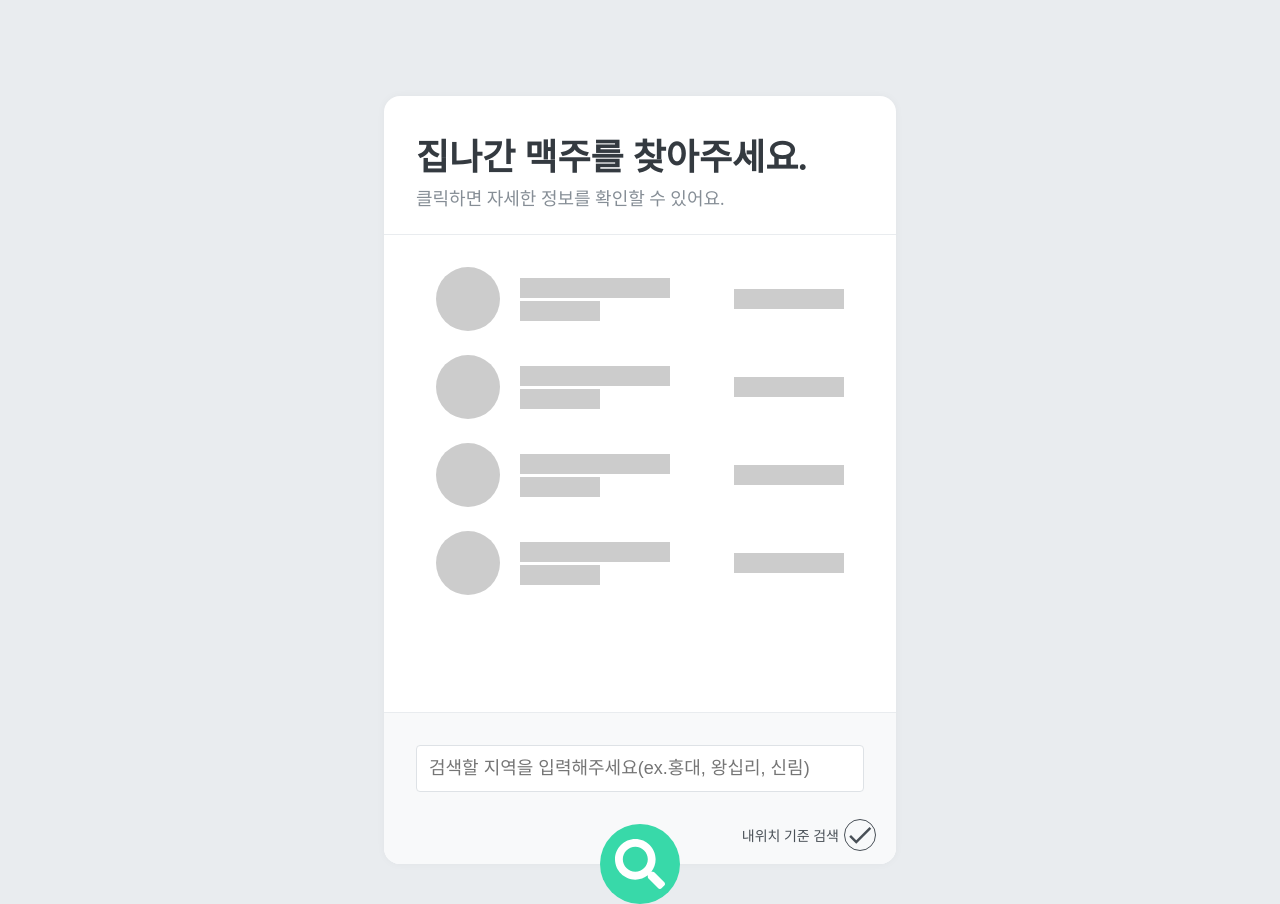
Repository: THE-SOPT-WEB/kimNamjun
Page: / (app in week4/bring-my-beer/)
An editor plug-in stored every save of this project. The page is shown before and after the next save, followed by the edit.
The browser window is 1280 px wide. The pictures show the whole page.
The project was rebuilt for these pictures with package versions that can differ from the ones it lists, and the page was loaded fresh each time. Also part of the build but not shown: week4/bring-my-beer/src/components/Item.jsx.

Above is the page before, as saved 2022-05-13 19:25:38.

### week4/bring-my-beer/public/index.html
<!DOCTYPE html>
<html lang="en">
  <head>
    <meta charset="utf-8" />
    <link rel="icon" href="%PUBLIC_URL%/favicon.ico" />
    <meta name="viewport" content="width=device-width, initial-scale=1" />
    <meta name="theme-color" content="#000000" />
    <meta name="description" content="Web site created using create-react-app"/>
    <link rel="apple-touch-icon" href="%PUBLIC_URL%/logo192.png" />
    <link rel="manifest" href="%PUBLIC_URL%/manifest.json" />

    <title>우리동네 맥주집</title>
  </head>
  <body>
    <noscript>You need to enable JavaScript to run this app.</noscript>
    <div id="root"></div>

  </body>
</html>

### week4/bring-my-beer/src/App.js
import React from 'react';
import { createGlobalStyle } from 'styled-components';
import Template from './components/Template';
import Header from './components/Header';
import List from './components/List';
import Search from './components/Search';
import { LocationsProvider } from './components/Context';
import SkeletonItem from './components/SkeletonItem';


const GlobalStyle = createGlobalStyle`
  body {
    background: #e9ecef;
  }
`;

function App() {
  return (
    <LocationsProvider>
      <GlobalStyle />
      <Template>
        <Header />
        <List />
        <Search />
      </Template>
    </LocationsProvider>
  );
}

export default App;

### week4/bring-my-beer/src/components/Template.jsx
import React from 'react';
import styled from 'styled-components';

const TemplateBlock = styled.div`
  width: 512px;
  height: 768px;

  position: relative;
  background: white;
  border-radius: 16px;
  box-shadow: 0 0 8px 0 rgba(0, 0, 0, 0.04);

  margin: 0 auto;

  margin-top: 96px;
  margin-bottom: 32px;
  display: flex;
  flex-direction: column;
`;

function Template({ children }) {
  return <TemplateBlock>{children}</TemplateBlock>;
}

export default Template;

### week4/bring-my-beer/src/components/Header.jsx
import React from 'react';
import styled from 'styled-components';

const HeaderBlock = styled.div`
  padding: 32px 32px 24px 32px;
  border-bottom: 1px solid #e9ecef;
  h1 {
    margin: 0;
    font-size: 36px;
    color: #343a40;
  }
  .tip {
    margin-top: 4px;
    color: #868e96;
    font-size: 18px;
  }
`;

function Header() {
  return (
    <HeaderBlock>
      <h1>집나간 맥주를 찾아주세요. </h1>
      <div className="tip">클릭하면 자세한 정보를 확인할 수 있어요.</div>
    </HeaderBlock>
  );
}

export default Header;

### week4/bring-my-beer/src/components/List.jsx
import React from 'react';
import styled from 'styled-components';
import { useLocationState } from './Context';
import Item from './Item';
import SkeletonItem from './SkeletonItem';

const ListBlock = styled.div`
  flex: 1;
  padding: 20px 32px;
  padding-bottom: 48px;
  overflow-y: auto;
`;

function List() {
  const Locations = useLocationState();

  return (
    <ListBlock>
      <SkeletonItem></SkeletonItem>
      <SkeletonItem></SkeletonItem>
      <SkeletonItem></SkeletonItem>
      <SkeletonItem></SkeletonItem>
      {/* {Locations.map( location => (
          <Item
            key={location.id}
            id={location.id}
            title={location.title}
            adress={location.adress}
            contact={location.contact}
          />
      ))} */}
    </ListBlock>
  );
}

export default List;

### week4/bring-my-beer/src/components/Search.jsx
import React, {useState} from 'react';
import styled, {css} from 'styled-components';
import { FaSearch } from 'react-icons/fa';
import { MdDone } from 'react-icons/md';
import { useLocationDispatch, useLocationNextId } from './Context';

const CircleButton = styled.button`
  background: #38d9a9;
  &:hover {
    background: #63e6be;
  }
  &:active {
    background: #20c997;
  }

  cursor: pointer;
  width: 80px;
  height: 80px;
  display: block;
  align-items: center;
  justify-content: center;
  font-size: 50px;
  position: absolute;
  left: 50%;
  bottom: 0px;
  transform: translate(-50%, 50%);
  color: white;
  border-radius: 50%;
  border: none;
  outline: none;
  display: flex;
  align-items: center;
  justify-content: center;
  transition: 0.125s all ease-in;

`;

const InsertFormPositioner = styled.div`
  width: 100%;
  bottom: 0;
  left: 0;
  position: absolute;
`;

const InsertForm = styled.form`
  background: #f8f9fa;
  padding: 32px 32px 72px 32px;
  border-bottom-left-radius: 16px;
  border-bottom-right-radius: 16px;
  border-top: 1px solid #e9ecef;
`;

const Input = styled.input`
  padding: 12px;
  border-radius: 4px;
  border: 1px solid #dee2e6;
  width: 100%;
  outline: none;
  font-size: 18px;
  box-sizing: border-box;
`;

const CheckBox = styled.div`
  font-size: 14px;
  position: absolute;
  right: 20px;
  bottom: 5px;
  display: flex;
  align-items: center;
  justify-content: center;
  transition: 0.125s all ease-in;
  color: #495057;
`

const SmallCheckButton = styled.div`
  &:hover {
    border: 1px solid #38d9a9;
    color:#38d9a9;
  }
  &:active {
    border: 1px solid #20c997;;
    color:#20c997;;
  }

  cursor: pointer;
  width: 30px;
  height: 30px;
  font-size: 50px;
  color: #495057;
  border: 1px solid #495057;
  border-radius: 50%;
  margin-left: 5px;
  display: flex;
  align-items: center;
  justify-content: center;

  transition: 0.125s all ease-in;
  ${props =>
    props.checked &&
    css`
      border: 1px solid #38d9a9;
      color:#38d9a9;
    `}
`

function Search() {
  const [checked, setChecked] = useState(false);
  const [value, setValue] = useState('');
  const Check = () => setChecked(!checked);

  const dispatch = useLocationDispatch();
  const nextId = useLocationNextId();
  const onChange = e => setValue(e.target.value);
  const onSubmit = e => {
    e.preventDefault();
    dispatch({
      type:"SEARCH",
      location: {
        id : nextId.current,
        title: value,
        adress: '당곡 6길 65',
        contact : '010-4580-7180'
      }
    });
    setValue('');
    nextId.current += 1;
  }

  return (
    <>
        <InsertFormPositioner>
          <InsertForm>
            <Input
            autoFocus
            placeholder="검색할 지역을 입력해주세요(ex.홍대, 왕십리, 신림)"
            onChange={onChange}
            value={value}
            disabled={checked ? true : false } />
          </InsertForm>
        </InsertFormPositioner>
      <CircleButton onClick={onSubmit}>
        <FaSearch/>
      </CircleButton>
      <CheckBox>
        <p> 내위치 기준 검색</p>
        <SmallCheckButton onClick={Check} checked={ checked ? true : false }>
          <MdDone/>
        </SmallCheckButton>
      </CheckBox>

    </>
  );
}

export default React.memo(Search);

### week4/bring-my-beer/src/components/Context.jsx
import React, { useReducer, createContext, useContext, useRef } from 'react';


const initialState = {
    locations: {
        loading : false,
        data: null,
        error: null
    },
    location: {
        loading : false,
        data: null,
        error: null
    }
}

const loadingState = {
    loading: true,
    data: null,
    error: null
};

const success = data => ({
    loading: false,
    data,
    error: null
});

const error = error => ({
    loading: false,
    data: null,
    error: error
  });

function LocationsReducer(state, action) {
    switch (action.type) {
        case 'GET_LOCATIONS':
        return {
            ...state,
            users: loadingState
        };
        case 'GET_LOCATIONS_SUCCESS':
        return {
            ...state,
            users: success(action.data)
        };
        case 'GET_LOCATIONS_ERROR':
        return {
            ...state,
            users: error(action.error)
        };
        default:
        throw new Error(`Unhanded action type: ${action.type}`);
    }
}

const LocationsStateContext = createContext(null);
const LocationsDispatchContext = createContext(null);
const LocationsNextIdContext = createContext();


export function LocationsProvider({ children }) {
    const [state, dispatch] = useReducer(LocationsReducer, initialState);
    const nextId = useRef(0);

    return (
        <LocationsStateContext.Provider value={state}>
            <LocationsDispatchContext.Provider value={dispatch}>
                <LocationsNextIdContext.Provider value={nextId}>
                    {children}
                </LocationsNextIdContext.Provider>
            </LocationsDispatchContext.Provider>
        </LocationsStateContext.Provider>
    );
}

export function useLocationState() {
    const state = useContext(LocationsStateContext);
    if (!state) {
        throw new Error('Cannot find LocationProvider');
    }
    return state;
}

export function useLocationDispatch() {
    const dispatch = useContext(LocationsDispatchContext);
    if (!dispatch) {
        throw new Error('Cannot find LocationProvider');
    }
    return dispatch;
}

export function useLocationNextId() {
    const context = useContext(LocationsNextIdContext);
    if (!context) {
        throw new Error('Cannot find LocationProvider');
    }
    return context;
}

### week4/bring-my-beer/src/components/SkeletonItem.jsx
import React from 'react';
import styled  from 'styled-components';

const SkeletonBlock = styled.div`
    display: flex;
    align-items: center;
    padding: 12px 20px;
    overflow: hidden;
    position: relative;

    @keyframes loading {
    0% {
        transform: translateX(0);
    }
    50%,
    100% {
        transform: translateX(460px);
        }
    }
`;

const SkeletonBase = styled.div`
    overflow: hidden;
    position: relative;
    height:20px;
    background-color: #ccc;

    &::before{
        content: "";
        position: absolute;
        top: 0;
        left: 0;
        width: 130px;
        height: 100%;
        background: linear-gradient(to right, #ddd, #f2f2f2, #ddd);
        animation: loading 1.6s infinite linear;
    }
`

const SkeletonIcon = styled(SkeletonBase)`
    width: 64px;
    height: 64px;
    border-radius: 50px;
    margin-right: 20px;
`;

const SkeletonTitleBox = styled.div`
    flex-grow: 1;
`

const SkeletonTitle = styled(SkeletonBase)`
    width: 150px;
`;

const SkeletonAdress = styled(SkeletonBase)`
    width: 80px;
    margin-top: 3px;
`

const  SkeletonContact = styled(SkeletonBase)`
    width: 110px;
`

function SkeletonItem() {
    return (
    <SkeletonBlock>
        <SkeletonIcon/>
    <SkeletonTitleBox>
        <SkeletonTitle/>
        <SkeletonAdress/>
    </SkeletonTitleBox>
    <SkeletonContact/>
    </SkeletonBlock>
    );
}

export default SkeletonItem;

Loaded but not shown: week4/bring-my-beer/src/index.js (common file)

After the next save:
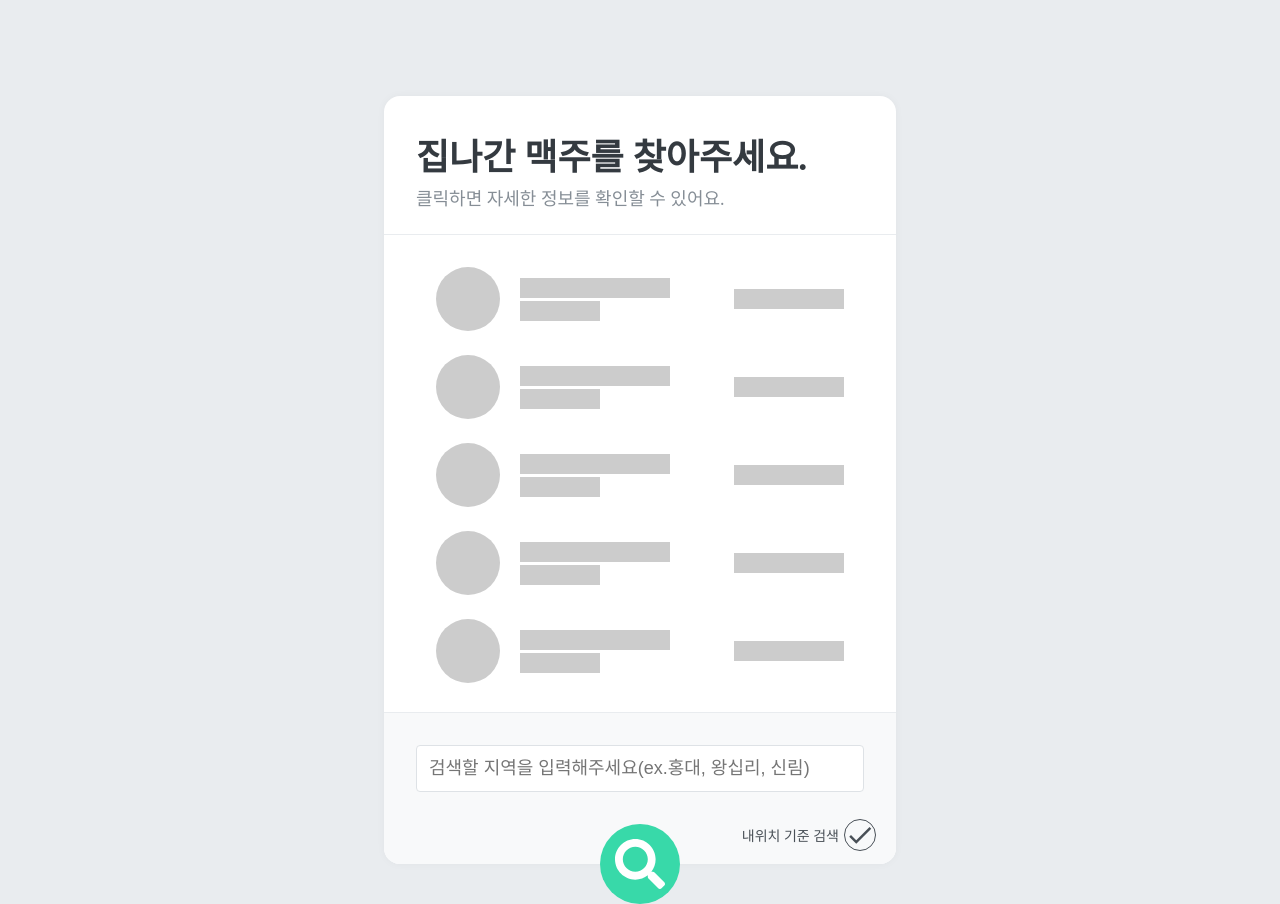
Saved 4 s later.
--- a/week4/bring-my-beer/src/components/List.jsx
+++ b/week4/bring-my-beer/src/components/List.jsx
@@ -20,6 +20,7 @@ function List() {
       <SkeletonItem></SkeletonItem>
       <SkeletonItem></SkeletonItem>
       <SkeletonItem></SkeletonItem>
+      <SkeletonItem></SkeletonItem>
       {/* {Locations.map( location => (
           <Item
             key={location.id}
